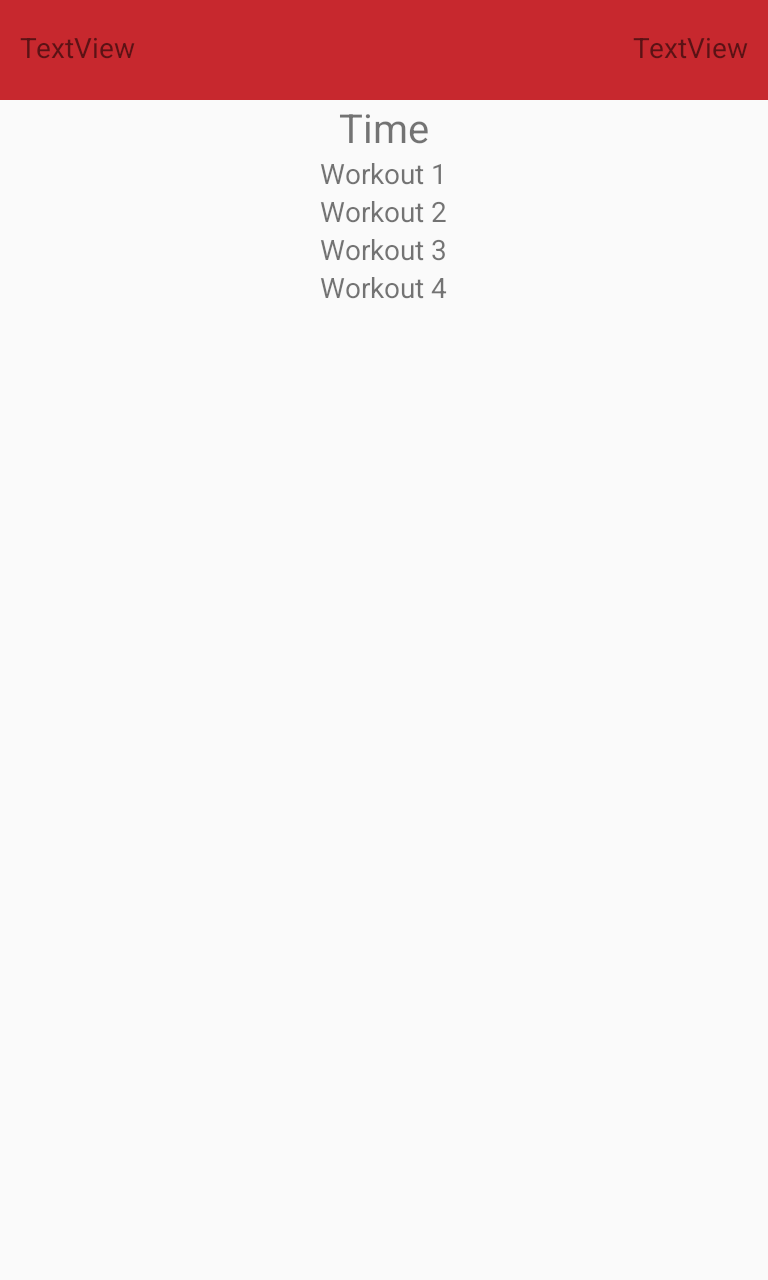
Repository: hackathon-2014/devdroid-repo
Layout: HealthyCompetition/res/layout/battlefield_layout.xml
The author's editor kept a copy of each file at every save. The layout is drawn from the files as they stood at one save, then again after the next save.
It is drawn on a 768 x 1280 px phone screen (xhdpi) without system bars, with theme AppTheme; the app's code is not run.

Above is the layout before, as saved 2014-08-23 18:56:19.

### HealthyCompetition/res/layout/battlefield_layout.xml
<?xml version="1.0" encoding="utf-8"?>
<LinearLayout xmlns:android="http://schemas.android.com/apk/res/android"
    android:layout_width="match_parent"
    android:layout_height="match_parent"
    android:orientation="vertical" >

    <RelativeLayout
        android:id="@+id/relative_layout_versus"
        android:layout_width="match_parent"
        android:layout_height="wrap_content" >

        <ImageView
            android:id="@+id/versus_image"
            android:layout_width="match_parent"
            android:layout_height="50dp"
            android:background="@color/light_red" />

        <TextView
            android:id="@+id/time_view"
            android:layout_width="wrap_content"
            android:layout_height="wrap_content"
            android:layout_below="@+id/versus_image"
            android:layout_centerHorizontal="true"
            android:text="Time"
            android:textSize="20dp" />

        <TextView
            android:id="@+id/player_one_name"
            android:layout_width="wrap_content"
            android:layout_height="wrap_content"
            android:layout_alignParentLeft="true"
            android:layout_alignParentTop="true"
            android:layout_marginLeft="10dp"
            android:layout_marginTop="14dp"
            android:text="TextView" />

        <TextView
            android:id="@+id/player_two_name"
            android:layout_width="wrap_content"
            android:layout_height="wrap_content"
            android:layout_alignBaseline="@+id/player_one_name"
            android:layout_alignBottom="@+id/player_one_name"
            android:layout_alignParentRight="true"
            android:layout_alignParentTop="true"
            android:layout_marginRight="10dp"
            android:text="TextView" />

    </RelativeLayout>

    <RelativeLayout
        android:id="@+id/workout_layout_one"
        android:layout_width="match_parent"
        android:layout_height="wrap_content"
        android:orientation="vertical" >

        <TextView
            android:id="@+id/workout_one"
            android:layout_width="wrap_content"
            android:layout_height="wrap_content"
            android:layout_centerHorizontal="true"
            android:text="Workout 1" />
    </RelativeLayout>

    <RelativeLayout
        android:id="@+id/workout_layout_two"
        android:layout_width="match_parent"
        android:layout_height="wrap_content"
        android:orientation="vertical" >

        <TextView
            android:id="@+id/workout_two"
            android:layout_width="wrap_content"
            android:layout_height="wrap_content"
            android:layout_centerHorizontal="true"
            android:text="Workout 2" />
    </RelativeLayout>

    <RelativeLayout
        android:id="@+id/workout_layout_three"
        android:layout_width="match_parent"
        android:layout_height="wrap_content"
        android:orientation="vertical" >

        <TextView
            android:id="@+id/workout_three"
            android:layout_width="wrap_content"
            android:layout_height="wrap_content"
            android:layout_centerHorizontal="true"
            android:text="Workout 3" />
    </RelativeLayout>

    <RelativeLayout
        android:id="@+id/workout_layout_four"
        android:layout_width="match_parent"
        android:layout_height="wrap_content"
        android:orientation="vertical" >

        <TextView
            android:id="@+id/workout_four"
            android:layout_width="wrap_content"
            android:layout_height="wrap_content"
            android:layout_centerHorizontal="true"
            android:text="Workout 4" />
    </RelativeLayout>

</LinearLayout>

### HealthyCompetition/res/values/color.xml
<?xml version="1.0" encoding="utf-8"?>
<resources>
    <color name= "light_red">#C7282E</color>
</resources>

Loaded but not shown: HealthyCompetition/res/values/styles.xml (common file); HealthyCompetition/res/values-v11/styles.xml (common file); HealthyCompetition/res/values-v14/styles.xml (common file)

After the next save:
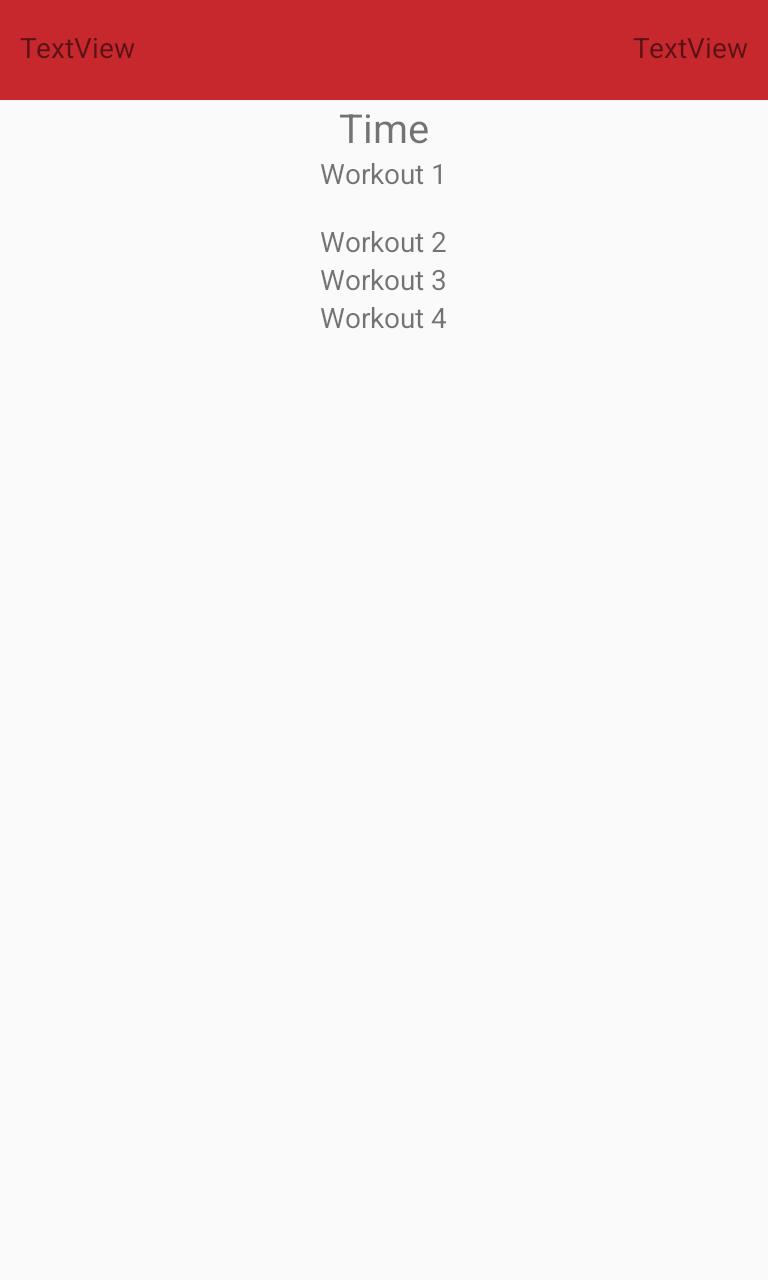
Saved 23 s later.
--- a/HealthyCompetition/res/layout/battlefield_layout.xml
+++ b/HealthyCompetition/res/layout/battlefield_layout.xml
@@ -65,6 +65,7 @@
         android:id="@+id/workout_layout_two"
         android:layout_width="match_parent"
         android:layout_height="wrap_content"
+        android:layout_marginTop="15dp"
         android:orientation="vertical" >
 
         <TextView

After the save that followed:
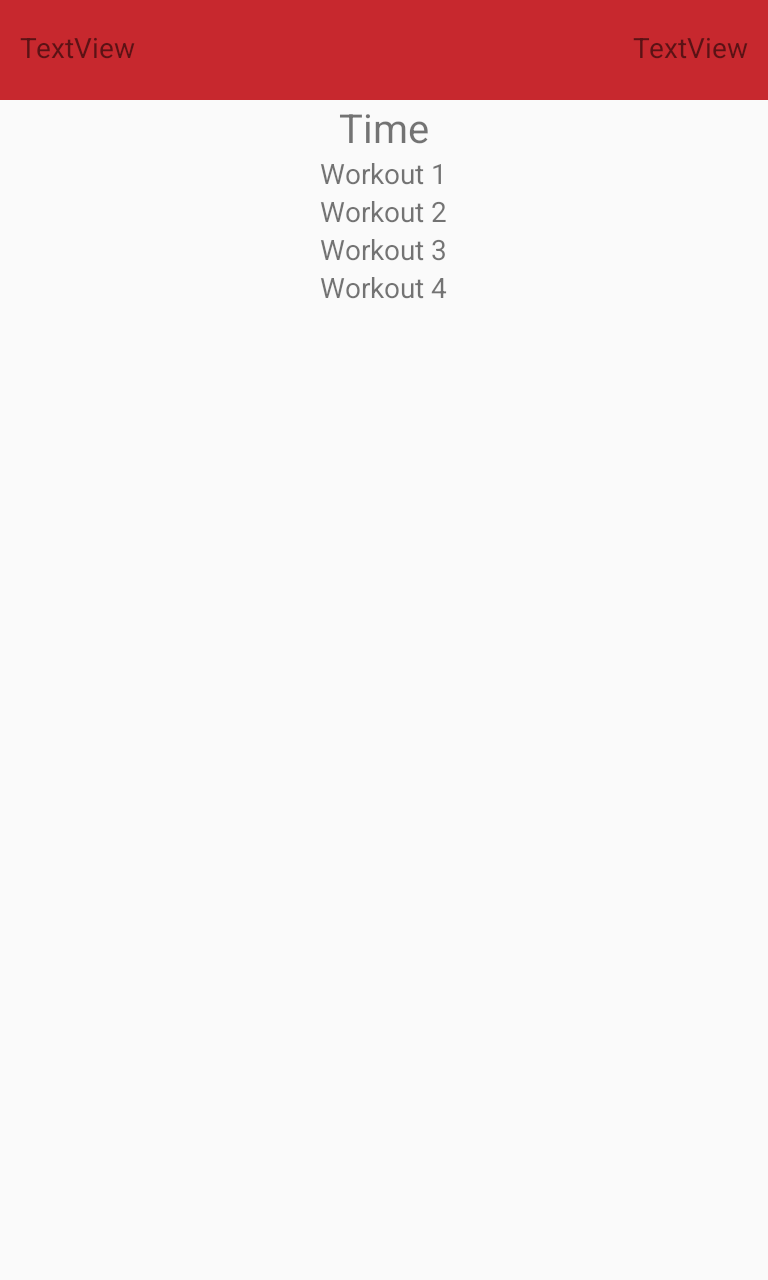
Saved 11 s later.
--- a/HealthyCompetition/res/layout/battlefield_layout.xml
+++ b/HealthyCompetition/res/layout/battlefield_layout.xml
@@ -51,6 +51,7 @@
         android:id="@+id/workout_layout_one"
         android:layout_width="match_parent"
         android:layout_height="wrap_content"
+
         android:orientation="vertical" >
 
         <TextView
@@ -65,7 +66,7 @@
         android:id="@+id/workout_layout_two"
         android:layout_width="match_parent"
         android:layout_height="wrap_content"
-        android:layout_marginTop="15dp"
+
         android:orientation="vertical" >
 
         <TextView
